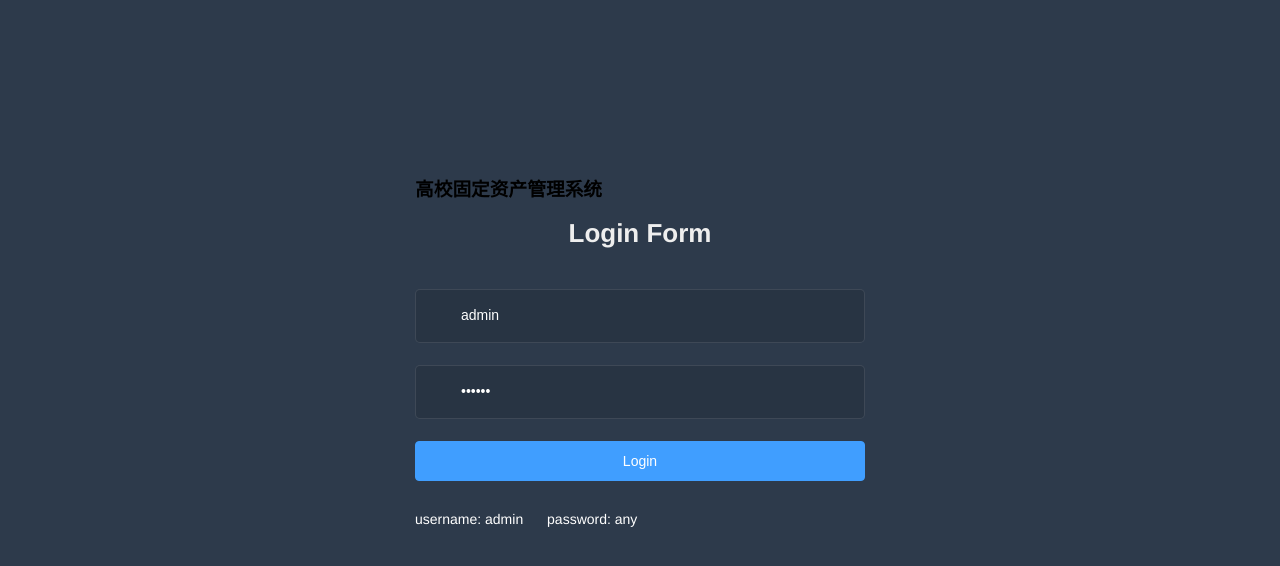
Repository: LoserFeng/SFAMS_front
Page: /#/form/index
These files come from the project's save history. The page is drawn as it stood at one moment and after the next save; the edit follows.
The browser window is 1280 px wide. The pictures show the whole page.
The project was rebuilt for these pictures with package versions that can differ from the ones it lists, and the page was loaded fresh each time. Also part of the build but not shown: vue.config.js, src/components/Breadcrumb/index.vue, src/components/Hamburger/index.vue, src/layout/components/Navbar.vue, src/layout/components/Sidebar/Logo.vue, src/layout/components/Sidebar/Item.vue, src/layout/components/Sidebar/Link.vue, src/layout/components/Sidebar/FixiOSBug.js and 7 more. Imported but missing from the stored project, and not drawn on this page: src/api/user.

Above is the page before, as saved 2023-09-25 20:56:45.

### src/styles/index.scss
@import './variables.scss';
@import './mixin.scss';
@import './transition.scss';
@import './element-ui.scss';
@import './sidebar.scss';

body {
  height: 100%;
  -moz-osx-font-smoothing: grayscale;
  -webkit-font-smoothing: antialiased;
  text-rendering: optimizeLegibility;
  font-family: Helvetica Neue, Helvetica, PingFang SC, Hiragino Sans GB, Microsoft YaHei, Arial, sans-serif;
}

label {
  font-weight: 700;
}

html {
  height: 100%;
  box-sizing: border-box;
}

#app {
  height: 100%;
}

*,
*:before,
*:after {
  box-sizing: inherit;
}

a:focus,
a:active {
  outline: none;
}

a,
a:focus,
a:hover {
  cursor: pointer;
  color: inherit;
  text-decoration: none;
}

div:focus {
  outline: none;
}

.clearfix {
  &:after {
    visibility: hidden;
    display: block;
    font-size: 0;
    content: " ";
    clear: both;
    height: 0;
  }
}

// main-container global css
.app-container {
  padding: 20px;
}

### src/permission.js
import router from './router'
import store from './store'
import { Message } from 'element-ui'
import NProgress from 'nprogress' // progress bar
import 'nprogress/nprogress.css' // progress bar style
import { getToken } from '@/utils/auth' // get token from cookie
import getPageTitle from '@/utils/get-page-title'

NProgress.configure({ showSpinner: false }) // NProgress Configuration

const whiteList = ['/login'] // no redirect whitelist

router.beforeEach(async(to, from, next) => {
  // start progress bar
  NProgress.start()

  // set page title
  document.title = getPageTitle(to.meta.title)

  // determine whether the user has logged in
  const hasToken = getToken()

  if (hasToken) {
    if (to.path === '/login') {
      // if is logged in, redirect to the home page
      next({ path: '/' })
      NProgress.done()
    } else {
      const hasGetUserInfo = store.getters.name
      if (hasGetUserInfo) {
        next()
      } else {
        try {
          // get user info
          await store.dispatch('user/getInfo')

          next()
        } catch (error) {
          // remove token and go to login page to re-login
          await store.dispatch('user/resetToken')
          Message.error(error || 'Has Error')
          next(`/login?redirect=${to.path}`)
          NProgress.done()
        }
      }
    }
  } else {
    /* has no token*/

    if (whiteList.indexOf(to.path) !== -1) {
      // in the free login whitelist, go directly
      next()
    } else {
      // other pages that do not have permission to access are redirected to the login page.
      next(`/login?redirect=${to.path}`)
      NProgress.done()
    }
  }
})

router.afterEach(() => {
  // finish progress bar
  NProgress.done()
})

### src/styles/transition.scss
// global transition css

/* fade */
.fade-enter-active,
.fade-leave-active {
  transition: opacity 0.28s;
}

.fade-enter,
.fade-leave-active {
  opacity: 0;
}

/* fade-transform */
.fade-transform-leave-active,
.fade-transform-enter-active {
  transition: all .5s;
}

.fade-transform-enter {
  opacity: 0;
  transform: translateX(-30px);
}

.fade-transform-leave-to {
  opacity: 0;
  transform: translateX(30px);
}

/* breadcrumb transition */
.breadcrumb-enter-active,
.breadcrumb-leave-active {
  transition: all .5s;
}

.breadcrumb-enter,
.breadcrumb-leave-active {
  opacity: 0;
  transform: translateX(20px);
}

.breadcrumb-move {
  transition: all .5s;
}

.breadcrumb-leave-active {
  position: absolute;
}

### src/styles/sidebar.scss
#app {

  .main-container {
    min-height: 100%;
    transition: margin-left .28s;
    margin-left: $sideBarWidth;
    position: relative;
  }

  .sidebar-container {
    transition: width 0.28s;
    width: $sideBarWidth !important;
    background-color: $menuBg;
    height: 100%;
    position: fixed;
    font-size: 0px;
    top: 0;
    bottom: 0;
    left: 0;
    z-index: 1001;
    overflow: hidden;

    // reset element-ui css
    .horizontal-collapse-transition {
      transition: 0s width ease-in-out, 0s padding-left ease-in-out, 0s padding-right ease-in-out;
    }

    .scrollbar-wrapper {
      overflow-x: hidden !important;
    }

    .el-scrollbar__bar.is-vertical {
      right: 0px;
    }

    .el-scrollbar {
      height: 100%;
    }

    &.has-logo {
      .el-scrollbar {
        height: calc(100% - 50px);
      }
    }

    .is-horizontal {
      display: none;
    }

    a {
      display: inline-block;
      width: 100%;
      overflow: hidden;
    }

    .svg-icon {
      margin-right: 16px;
    }

    .sub-el-icon {
      margin-right: 12px;
      margin-left: -2px;
    }

    .el-menu {
      border: none;
      height: 100%;
      width: 100% !important;
    }

    // menu hover
    .submenu-title-noDropdown,
    .el-submenu__title {
      &:hover {
        background-color: $menuHover !important;
      }
    }

    .is-active>.el-submenu__title {
      color: $subMenuActiveText !important;
    }

    & .nest-menu .el-submenu>.el-submenu__title,
    & .el-submenu .el-menu-item {
      min-width: $sideBarWidth !important;
      background-color: $subMenuBg !important;

      &:hover {
        background-color: $subMenuHover !important;
      }
    }
  }

  .hideSidebar {
    .sidebar-container {
      width: 54px !important;
    }

    .main-container {
      margin-left: 54px;
    }

    .submenu-title-noDropdown {
      padding: 0 !important;
      position: relative;

      .el-tooltip {
        padding: 0 !important;

        .svg-icon {
          margin-left: 20px;
        }

        .sub-el-icon {
          margin-left: 19px;
        }
      }
    }

    .el-submenu {
      overflow: hidden;

      &>.el-submenu__title {
        padding: 0 !important;

        .svg-icon {
          margin-left: 20px;
        }

        .sub-el-icon {
          margin-left: 19px;
        }

        .el-submenu__icon-arrow {
          display: none;
        }
      }
    }

    .el-menu--collapse {
      .el-submenu {
        &>.el-submenu__title {
          &>span {
            height: 0;
            width: 0;
            overflow: hidden;
            visibility: hidden;
            display: inline-block;
          }
        }
      }
    }
  }

  .el-menu--collapse .el-menu .el-submenu {
    min-width: $sideBarWidth !important;
  }

  // mobile responsive
  .mobile {
    .main-container {
      margin-left: 0px;
    }

    .sidebar-container {
      transition: transform .28s;
      width: $sideBarWidth !important;
    }

    &.hideSidebar {
      .sidebar-container {
        pointer-events: none;
        transition-duration: 0.3s;
        transform: translate3d(-$sideBarWidth, 0, 0);
      }
    }
  }

  .withoutAnimation {

    .main-container,
    .sidebar-container {
      transition: none;
    }
  }
}

// when menu collapsed
.el-menu--vertical {
  &>.el-menu {
    .svg-icon {
      margin-right: 16px;
    }
    .sub-el-icon {
      margin-right: 12px;
      margin-left: -2px;
    }
  }

  .nest-menu .el-submenu>.el-submenu__title,
  .el-menu-item {
    &:hover {
      // you can use $subMenuHover
      background-color: $menuHover !important;
    }
  }

  // the scroll bar appears when the subMenu is too long
  >.el-menu--popup {
    max-height: 100vh;
    overflow-y: auto;

    &::-webkit-scrollbar-track-piece {
      background: #d3dce6;
    }

    &::-webkit-scrollbar {
      width: 6px;
    }

    &::-webkit-scrollbar-thumb {
      background: #99a9bf;
      border-radius: 20px;
    }
  }
}

### src/store/modules/app.js
import Cookies from 'js-cookie'

const state = {
  sidebar: {
    opened: Cookies.get('sidebarStatus') ? !!+Cookies.get('sidebarStatus') : true,
    withoutAnimation: false
  },
  device: 'desktop'
}

const mutations = {
  TOGGLE_SIDEBAR: state => {
    state.sidebar.opened = !state.sidebar.opened
    state.sidebar.withoutAnimation = false
    if (state.sidebar.opened) {
      Cookies.set('sidebarStatus', 1)
    } else {
      Cookies.set('sidebarStatus', 0)
    }
  },
  CLOSE_SIDEBAR: (state, withoutAnimation) => {
    Cookies.set('sidebarStatus', 0)
    state.sidebar.opened = false
    state.sidebar.withoutAnimation = withoutAnimation
  },
  TOGGLE_DEVICE: (state, device) => {
    state.device = device
  }
}

const actions = {
  toggleSideBar({ commit }) {
    commit('TOGGLE_SIDEBAR')
  },
  closeSideBar({ commit }, { withoutAnimation }) {
    commit('CLOSE_SIDEBAR', withoutAnimation)
  },
  toggleDevice({ commit }, device) {
    commit('TOGGLE_DEVICE', device)
  }
}

export default {
  namespaced: true,
  state,
  mutations,
  actions
}

### src/store/modules/user.js
import { login, logout, getInfo } from '@/api/user'
import { getToken, setToken, removeToken } from '@/utils/auth'
import { resetRouter } from '@/router'

const getDefaultState = () => {
  return {
    token: getToken(),
    name: '',
    avatar: ''
  }
}

const state = getDefaultState()

const mutations = {
  RESET_STATE: (state) => {
    Object.assign(state, getDefaultState())
  },
  SET_TOKEN: (state, token) => {
    state.token = token
  },
  SET_NAME: (state, name) => {
    state.name = name
  },
  SET_AVATAR: (state, avatar) => {
    state.avatar = avatar
  }
}

const actions = {
  // user login
  login({ commit }, userInfo) {
    const { username, password } = userInfo
    return new Promise((resolve, reject) => {
      login({ username: username.trim(), password: password }).then(response => {
        const { data } = response
        commit('SET_TOKEN', data.token)
        setToken(data.token)
        resolve()
      }).catch(error => {
        reject(error)
      })
    })
  },

  // get user info
  getInfo({ commit, state }) {
    return new Promise((resolve, reject) => {
      getInfo(state.token).then(response => {
        const { data } = response

        if (!data) {
          return reject('Verification failed, please Login again.')
        }

        const { name, avatar } = data

        commit('SET_NAME', name)
        commit('SET_AVATAR', avatar)
        resolve(data)
      }).catch(error => {
        reject(error)
      })
    })
  },

  // user logout
  logout({ commit, state }) {
    return new Promise((resolve, reject) => {
      logout(state.token).then(() => {
        removeToken() // must remove  token  first
        resetRouter()
        commit('RESET_STATE')
        resolve()
      }).catch(error => {
        reject(error)
      })
    })
  },

  // remove token
  resetToken({ commit }) {
    return new Promise(resolve => {
      removeToken() // must remove  token  first
      commit('RESET_STATE')
      resolve()
    })
  }
}

export default {
  namespaced: true,
  state,
  mutations,
  actions
}

### src/views/login/index.vue
<template>
  <div class="login-container">
    <el-form ref="loginForm" :model="loginForm" :rules="loginRules" class="login-form" auto-complete="on" label-position="left">
      <h3 class="title">高校固定资产管理系统</h3>
      <div class="title-container">
        <h3 class="title">Login Form</h3>
      </div>

      <el-form-item prop="userNumber">
        <span class="svg-container">
          <svg-icon icon-class="user" />
        </span>
        <el-input
          ref="userNumber"
          v-model="loginForm.username"
          placeholder="Username"
          name="username"
          type="text"
          tabindex="1"
          auto-complete="on"
        />
      </el-form-item>

      <el-form-item prop="password">
        <span class="svg-container">
          <svg-icon icon-class="password" />
        </span>
        <el-input
          :key="passwordType"
          ref="password"
          v-model="loginForm.password"
          :type="passwordType"
          placeholder="Password"
          name="password"
          tabindex="2"
          auto-complete="on"
          @keyup.enter.native="handleLogin"
        />
        <span class="show-pwd" @click="showPwd">
          <svg-icon :icon-class="passwordType === 'password' ? 'eye' : 'eye-open'" />
        </span>
      </el-form-item>

      <el-button :loading="loading" type="primary" style="width:100%;margin-bottom:30px;" @click.native.prevent="handleLogin">Login</el-button>

      <div class="tips">
        <span style="margin-right:20px;">username: admin</span>
        <span> password: any</span>
      </div>

    </el-form>
  </div>
</template>

<script>
import { validUsername } from '@/utils/validate'

export default {
  name: 'Login',
  data() {
    const validateUsername = (rule, value, callback) => {
      if (!validUsername(value)) {
        callback(new Error('Please enter the correct user name'))
      } else {
        callback()
      }
    }
    const validatePassword = (rule, value, callback) => {
      if (value.length < 6) {
        callback(new Error('The password can not be less than 6 digits'))
      } else {
        callback()
      }
    }
    return {
      loginForm: {
        username: 'admin',
        password: '111111'
      },
      loginRules: {
        username: [{ required: true, trigger: 'blur', validator: validateUsername }],
        password: [{ required: true, trigger: 'blur', validator: validatePassword }]
      },
      loading: false,
      passwordType: 'password',
      redirect: undefined
    }
  },
  watch: {
    $route: {
      handler: function(route) {
        this.redirect = route.query && route.query.redirect
      },
      immediate: true
    }
  },
  methods: {
    showPwd() {
      if (this.passwordType === 'password') {
        this.passwordType = ''
      } else {
        this.passwordType = 'password'
      }
      this.$nextTick(() => {
        this.$refs.password.focus()
      })
    },
    handleLogin() {
      this.$refs.loginForm.validate(valid => {
        if (valid) {
          this.loading = true
          this.$store.dispatch('user/login', this.loginForm).then(() => {
            this.$router.push({ path: this.redirect || '/' })
            this.loading = false
          }).catch(() => {
            this.loading = false
          })
        } else {
          console.log('error submit!!')
          return false
        }
      })
    }
  }
}
</script>

<style lang="scss">
/* 修复input 背景不协调 和光标变色 */
/* Detail see https://github.com/PanJiaChen/vue-element-admin/pull/927 */

$bg:#283443;
$light_gray:#fff;
$cursor: #fff;

@supports (-webkit-mask: none) and (not (cater-color: $cursor)) {
  .login-container .el-input input {
    color: $cursor;
  }
}

/* reset element-ui css */
.login-container {
  .el-input {
    display: inline-block;
    height: 47px;
    width: 85%;

    input {
      background: transparent;
      border: 0px;
      -webkit-appearance: none;
      border-radius: 0px;
      padding: 12px 5px 12px 15px;
      color: $light_gray;
      height: 47px;
      caret-color: $cursor;

      &:-webkit-autofill {
        box-shadow: 0 0 0px 1000px $bg inset !important;
        -webkit-text-fill-color: $cursor !important;
      }
    }
  }

  .el-form-item {
    border: 1px solid rgba(255, 255, 255, 0.1);
    background: rgba(0, 0, 0, 0.1);
    border-radius: 5px;
    color: #454545;
  }
}
</style>

<style lang="scss" scoped>
$bg:#2d3a4b;
$dark_gray:#889aa4;
$light_gray:#eee;

.login-container {
  min-height: 100%;
  width: 100%;
  background-color: $bg;
  overflow: hidden;

  .login-form {
    position: relative;
    width: 520px;
    max-width: 100%;
    padding: 160px 35px 0;
    margin: 0 auto;
    overflow: hidden;
  }

  .tips {
    font-size: 14px;
    color: #fff;
    margin-bottom: 10px;

    span {
      &:first-of-type {
        margin-right: 16px;
      }
    }
  }

  .svg-container {
    padding: 6px 5px 6px 15px;
    color: $dark_gray;
    vertical-align: middle;
    width: 30px;
    display: inline-block;
  }

  .title-container {
    position: relative;

    .title {
      font-size: 26px;
      color: $light_gray;
      margin: 0px auto 40px auto;
      text-align: center;
      font-weight: bold;
    }
  }

  .show-pwd {
    position: absolute;
    right: 10px;
    top: 7px;
    font-size: 16px;
    color: $dark_gray;
    cursor: pointer;
    user-select: none;
  }
}
</style>

### src/components/SvgIcon/index.vue
<template>
  <div v-if="isExternal" :style="styleExternalIcon" class="svg-external-icon svg-icon" v-on="$listeners" />
  <svg v-else :class="svgClass" aria-hidden="true" v-on="$listeners">
    <use :xlink:href="iconName" />
  </svg>
</template>

<script>
// doc: https://panjiachen.github.io/vue-element-admin-site/feature/component/svg-icon.html#usage
import { isExternal } from '@/utils/validate'

export default {
  name: 'SvgIcon',
  props: {
    iconClass: {
      type: String,
      required: true
    },
    className: {
      type: String,
      default: ''
    }
  },
  computed: {
    isExternal() {
      return isExternal(this.iconClass)
    },
    iconName() {
      return `#icon-${this.iconClass}`
    },
    svgClass() {
      if (this.className) {
        return 'svg-icon ' + this.className
      } else {
        return 'svg-icon'
      }
    },
    styleExternalIcon() {
      return {
        mask: `url(${this.iconClass}) no-repeat 50% 50%`,
        '-webkit-mask': `url(${this.iconClass}) no-repeat 50% 50%`
      }
    }
  }
}
</script>

<style scoped>
.svg-icon {
  width: 1em;
  height: 1em;
  vertical-align: -0.15em;
  fill: currentColor;
  overflow: hidden;
}

.svg-external-icon {
  background-color: currentColor;
  mask-size: cover!important;
  display: inline-block;
}
</style>

Loaded but not shown: public/index.html (common file); src/main.js (common file); src/App.vue (common file); src/store/index.js (common file); src/router/index.js (common file); src/icons/index.js (common file); src/styles/mixin.scss (common file); src/styles/element-ui.scss (common file); src/store/getters.js (common file); src/store/modules/settings.js (common file); src/utils/auth.js (common file); src/utils/get-page-title.js (common file); src/settings.js (common file); src/utils/validate.js (common file)

After the next save:
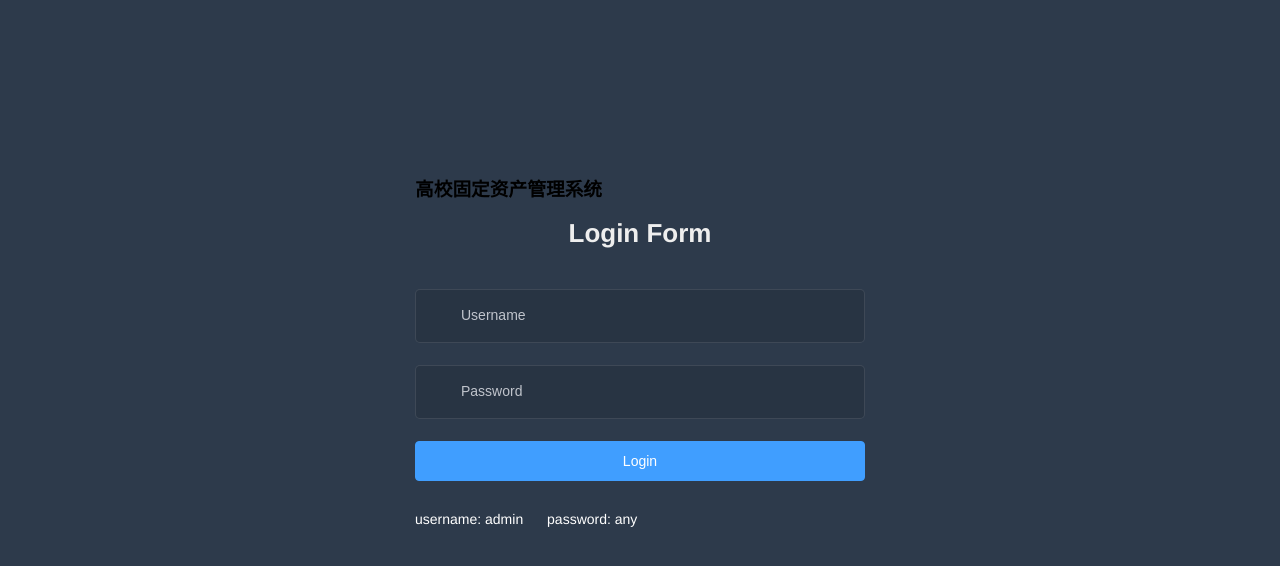
Saved 2 min 55 s later.
--- a/src/views/login/index.vue
+++ b/src/views/login/index.vue
@@ -74,8 +74,8 @@ export default {
     }
     return {
       loginForm: {
-        username: 'admin',
-        password: '111111'
+        username: '',
+        password: ''
       },
       loginRules: {
         username: [{ required: true, trigger: 'blur', validator: validateUsername }],
